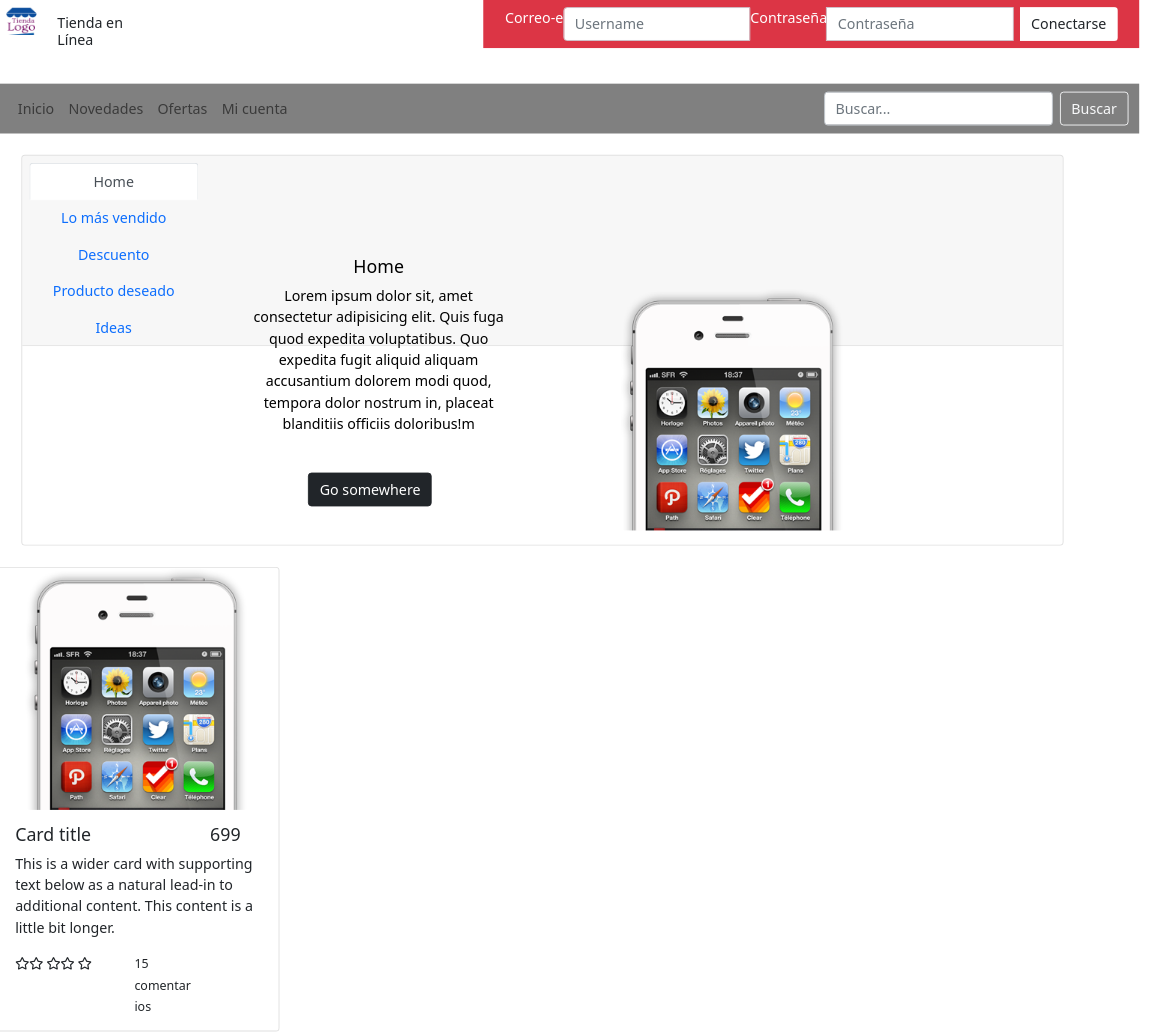
Repository: nicorp00/bootstrapSass
Page: Main/index.html
An editor plug-in stored every save of this project. The page is shown before and after the next save, followed by the edit.
The browser window is 1280 px wide. The page is 1292 px wide, so the pictures cover 1292 px, including what lies to the right of the window. The pictures show the whole page, at 89% of full size.
Some web libraries are served in a nearby version. The style sheet was rebuilt from its Sass, Less or Tailwind sources for each picture, by a compiler version that may differ from the author's.

Above is the page before, as saved 2022-03-25 12:04:01.

After the next save:
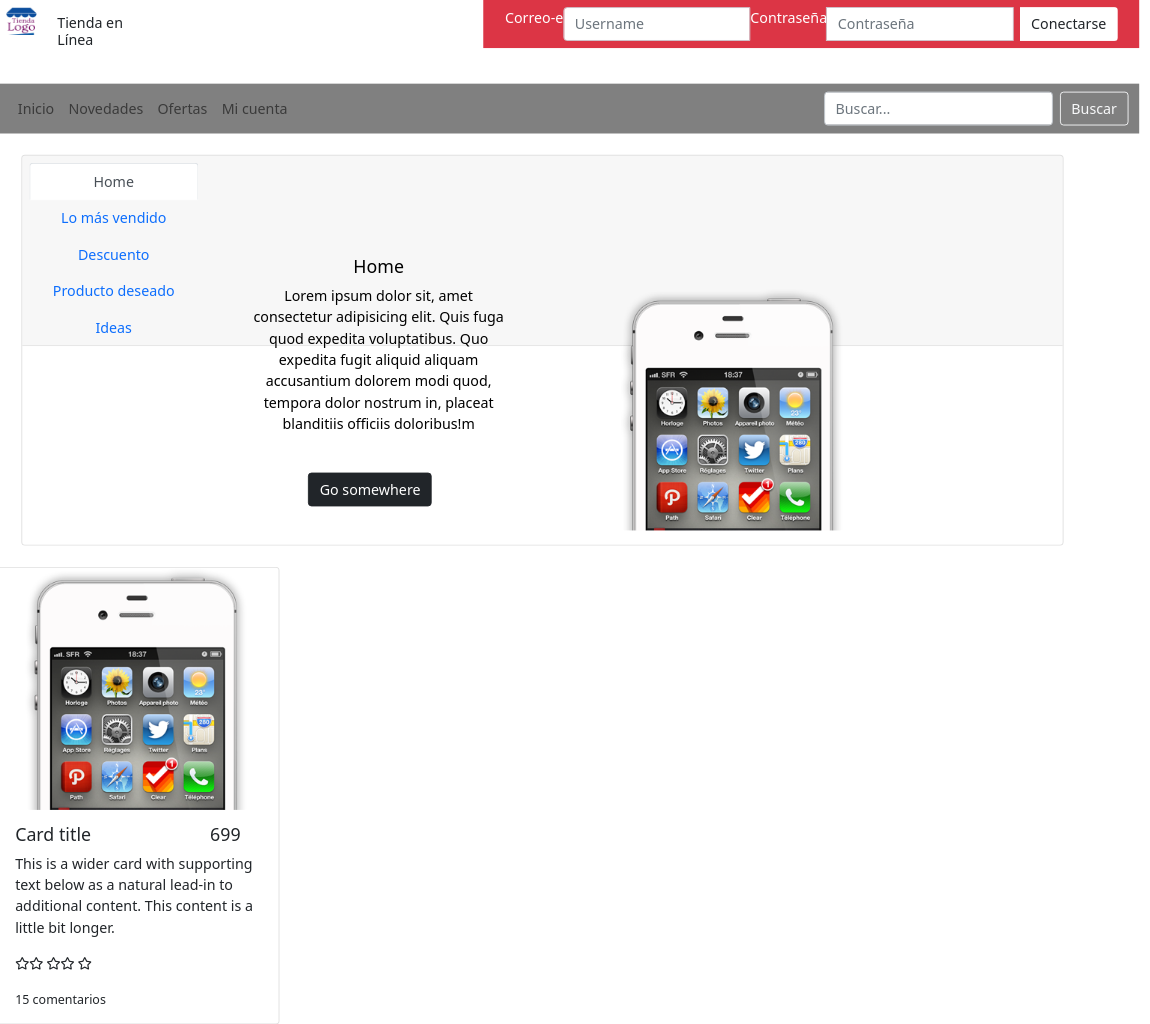
Saved 4 s later.
--- a/Main/index.html
+++ b/Main/index.html
@@ -151,7 +151,7 @@
                                                   <i class="far fa-star"></i>
               </small>
               </p>
-              <span class="card-text col-4"><small class="">15 comentarios</small></span>
+              <span class="card-text"><small class="">15 comentarios</small></span>
             </div>
           </div>
         </div>
